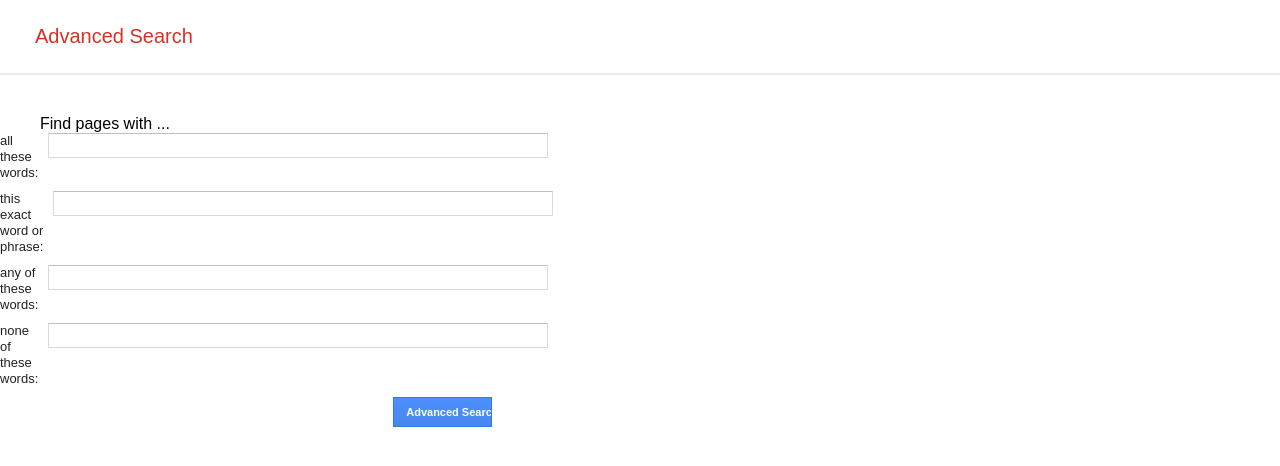
Repository: etentuk/search
Page: advanced_search.html
The author's editor kept a copy of each file at every save. The page is drawn from the files as they stood at one save, then again after the next save.
The browser window is 1280 px wide. The pictures show the whole page.

Above is the page before, as saved 2021-11-05 17:05:28.

After the next save:
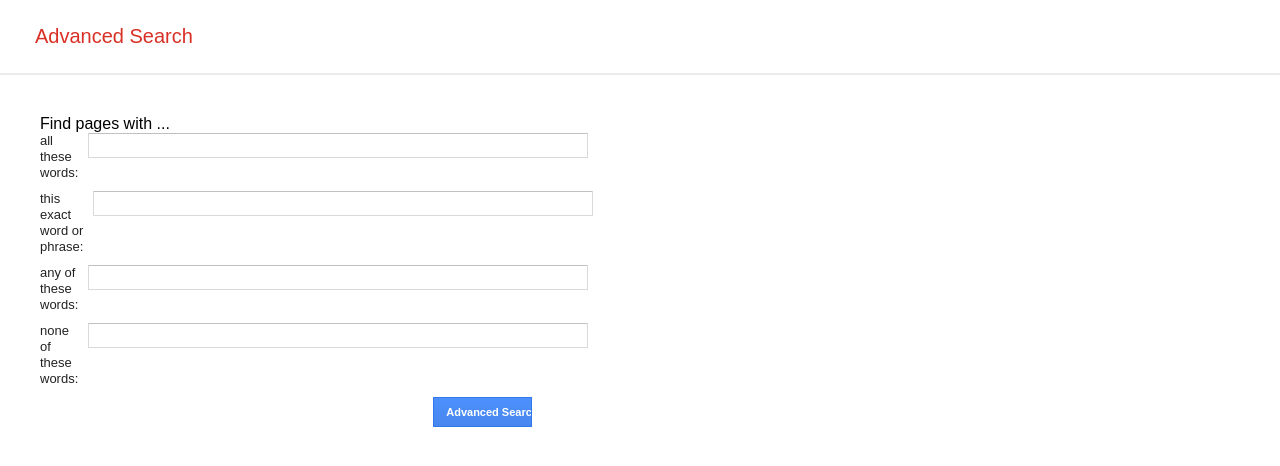
Saved 7 s later.
--- a/styles.css
+++ b/styles.css
@@ -13,7 +13,7 @@
 
 #form {
   width: 96%;
-  margin: 0 40px 40;
+  margin: 0 40px 40px 40px;
 }
 
 .form-content {
